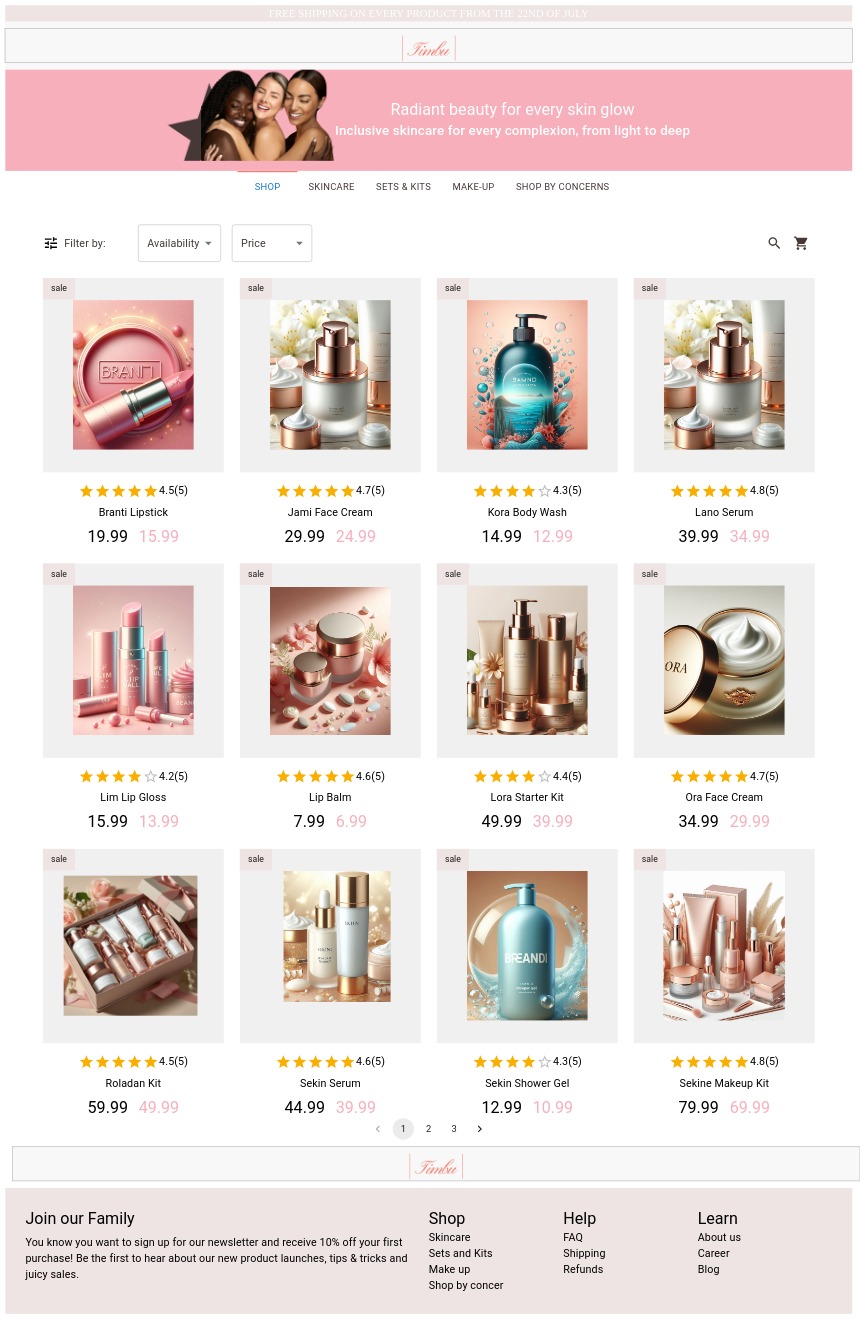
Repository: Armstrong2035/hng-project-two
Page: / (app in timbu-store/)
An editor plug-in stored every save of this project. The page is shown before and after the next save, followed by the edit.
The browser window is 1280 px wide. The page is 1284 px wide, so the pictures cover 1284 px, including what lies to the right of the window. The pictures show the whole page, at 67% of full size.
The project was rebuilt for these pictures with package versions that can differ from the ones it lists, and the page was loaded fresh each time. The framework's server and built-in components were replaced by stand-ins that run in the browser. Also part of the build but not shown: timbu-store/next.config.mjs, timbu-store/src/app/fonts.css, timbu-store/components/Products/FiltersMobile.js.

Above is the page before, as saved 2024-07-10 01:01:02.

### timbu-store/src/app/layout.js
"use client";

import "./fonts.css";
import { Html, Main, NextScript } from "next/document";
import Head from "next/head";

const metadata = {
  title: "Timbu Store",
  description: "We sell beauty",
};

export default function RootLayout({ children }) {
  return (
    <>
      <html>
        <Head>
          <title>{metadata.title}</title>
          <meta name="description" content={metadata.description} />
        </Head>
        <body>{children}</body>
      </html>
    </>
  );
}

### timbu-store/src/app/page.js
"use client";

import ProductList from "../../components/Products/ProductList";
import { Container, Box, Grid } from "@mui/material";
import Header from "../../components/header/Header";
import Footer from "../../components/footer/Footer";
import Filters from "../../components/Products/Filters";

export default function Home() {
  return (
    <>
      <Grid>
        <Grid item sm={12}>
          <Header />
        </Grid>

        <Grid item>
          <Box sx={{ mt: 4 }}>
            <ProductList />
          </Box>
        </Grid>
        <Grid item>
          <Footer />
        </Grid>
      </Grid>
    </>
  );
}

### timbu-store/components/Products/ProductList.js
"use client";
import { inventory } from "@/products";
import {
  Box,
  Grid,
  Container,
  Stack,
  Card,
  CardContent,
  CardHeader,
  CardMedia,
  Typography,
  Rating,
  CardActionArea,
  Button,
  Chip,
  Pagination,
} from "@mui/material";
import Image from "next/image";
import useStore from "@/store/store";
import React from "react";
import Link from "next/link";
import Filters from "./Filters";
import { useTheme } from "@mui/material/styles";
import useMediaQuery from "@mui/material/useMediaQuery";
import FiltersMobile from "./FiltersMobile";

export default function ProductList() {
  const addToCart = useStore((state) => state.addToCart);
  const cart = useStore((state) => state.cart);

  const theme = useTheme();
  const isDesktop = useMediaQuery(theme.breakpoints.up("lg"));

  //   console.log(cart);
  return (
    <Container>
      <Stack alignItems={"center"}>
        {/* <FiltersMobile /> */}
        {/* {!isDesktop && <FiltersMobile />} */}
        <Grid container spacing={3} direction={"column"}>
          {isDesktop && (
            <Grid item lg={12}>
              <Filters />
            </Grid>
          )}

          <Grid item xs={12} sm={6} md={4} lg={3}>
            <Grid container spacing={3}>
              {inventory.map((product, index) => (
                <Grid item xs={12} sm={12} md={4} lg={3}>
                  <Stack direction={"column"} spacing={2}>
                    <Link
                      href={`/product/${encodeURIComponent(
                        product.productName
                      )}`}
                    >
                      <Box
                        sx={{
                          flex: 1,
                          display: "flex",
                          alignItems: "center",
                          justifyContent: "center",
                          backgroundColor: "#F1F0F0",
                          position: "relative",
                          "&:hover .add-to-cart": {
                            opacity: 1,
                          },

                          "&:hover": {
                            backgroundColor: "#E6DFDF",
                          },

                          // width: "260px",
                          height: "290px",
                        }}
                        elevation={"none"}
                      >
                        <Chip
                          label={"sale"}
                          sx={{
                            position: "absolute",
                            top: "0",
                            left: "0",
                            borderRadius: "0",
                            backgroundColor: "#EEE4E3",
                          }}
                        />

                        <div
                          style={{
                            width: "70%",
                            height: "70%",
                            position: "relative",
                            padding: "10px",
                          }}
                        >
                          <Image
                            src={product.imageUrl}
                            alt={product.productName}
                            layout="fill"
                            objectFit="contain"
                          />
                        </div>

                        <Box
                          className="add-to-cart"
                          sx={{
                            backgroundColor: "#ED8174",
                            color: "white",
                            position: "absolute",
                            bottom: 0,
                            width: "100%",
                            height: "50px",
                            display: "flex",
                            justifyContent: "center",
                            alignItems: "center",
                            opacity: 0,
                            transition: "opacity 0.3s",
                            cursor: "pointer",
                            "&:hover": {
                              backgroundColor: "#C9675B",
                            },
                          }}
                          onClick={(e) => {
                            e.stopPropagation(); // Prevent event from bubbling up to the Link
                            e.preventDefault(); // Prevent the default link behavior
                            addToCart(product);
                          }}
                        >
                          Add To Cart
                        </Box>
                      </Box>
                    </Link>

                    <Box>
                      <Stack spacing={1} alignItems={"center"}>
                        <Stack direction={"row"}>
                          <Rating
                            name="read-only"
                            value={product.rating}
                            readOnly
                          />
                          <Typography>{`${product.rating}(5)`}</Typography>
                        </Stack>
                        <Typography>{`${product.productName}`}</Typography>
                        <Stack spacing={2} direction={"row"}>
                          <Typography
                            variant={"h5"}
                          >{`${product.price}`}</Typography>

                          <Typography
                            variant={"h5"}
                            sx={{ color: "#F7AFBC" }}
                          >{`${product.discountPrice}`}</Typography>
                        </Stack>
                      </Stack>
                    </Box>
                  </Stack>
                </Grid>
              ))}
            </Grid>
          </Grid>
        </Grid>
        <Pagination count={3} />
      </Stack>
    </Container>
  );
}

### timbu-store/components/header/Header.js
"use client";
import { AppBar, Typography, Box, Stack } from "@mui/material";
import React from "react";
import Image from "next/image";
import Group1 from "../../public/utility-images/Group1.png";
import TimbuStore from "./TimbuStore";
import Promotion from "./Promotion";
import SimpleTabs from "./NavBar";
import Filters from "../Products/Filters";
import { useTheme } from "@mui/material/styles";
import useMediaQuery from "@mui/material/useMediaQuery";
import FiltersMobile from "../Products/FiltersMobile";

export default function Header() {
  const theme = useTheme();
  const isDesktop = useMediaQuery(theme.breakpoints.up("lg"));

  return (
    <>
      <Stack alignItems={"center"}>
        <AppBar
          elevation={"none"}
          sx={{
            backgroundColor: "#F8F8F8",
            position: "relative",
            width: "100%",
          }}
        >
          <Stack alignItems={"center"}>
            <Promotion />
            <TimbuStore />
            <Stack
              alignItems={"center"}
              textAlign={"center"}
              direction={isDesktop ? "row" : "column-reverse"}
              justifyContent={"center"}
              sx={{ backgroundColor: "#F7AFBC", width: "100%" }}
            >
              <Box sx={{ width: "250.08px", height: "150.77px" }}>
                <Image
                  src={Group1}
                  alt={"group of women"}
                  layout="responsive"
                  width={100}
                  height={100}
                  objectFit="contain"
                />
              </Box>
              <Box>
                <Typography variant={"h5"}>
                  Radiant beauty for every skin glow
                </Typography>
                <Typography variant={"h6"}>
                  Inclusive skincare for every complexion, from light to deep
                </Typography>
              </Box>
            </Stack>
          </Stack>
        </AppBar>

        {!isDesktop && (
          <Box sx={{ alignSelf: "flex-start" }}>
            <FiltersMobile />
          </Box>
        )}

        {isDesktop && <SimpleTabs />}
      </Stack>
    </>
  );
}

### timbu-store/components/footer/Footer.js
import React from "react";
import {
  Container,
  Grid,
  Typography,
  TextField,
  Button,
  AppBar,
  Toolbar,
  Box,
  Stack,
} from "@mui/material";
import TimbuStore from "../header/TimbuStore";
import { useTheme } from "@mui/material/styles";
import useMediaQuery from "@mui/material/useMediaQuery";

function Footer() {
  const theme = useTheme();
  const isDesktop = useMediaQuery(theme.breakpoints.up("lg"));
  return (
    <>
      <TimbuStore />
      <Box
        sx={{
          inTop: "2rem",
          backgroundColor: "#EEE4E3",
          padding: "30px",
        }}
      >
        <Grid container>
          <Grid item sm={12} lg={6}>
            <Stack>
              <Typography variant="h5" gutterBottom>
                Join our Family
              </Typography>
              <Typography variant="body1" paragraph>
                You know you want to sign up for our newsletter and receive 10%
                off your first purchase! Be the first to hear about our new
                product launches, tips & tricks and juicy sales.
              </Typography>
            </Stack>
          </Grid>

          <Grid item sm={12} lg={6}>
            <Grid container direction={isDesktop ? "row" : "column"}>
              <Grid item sm={12} lg={4}>
                <Stack>
                  <Typography variant={"h5"}>Shop</Typography>
                  <Typography>Skincare</Typography>
                  <Typography>Sets and Kits</Typography>
                  <Typography>Make up</Typography>
                  <Typography>Shop by concer</Typography>
                </Stack>
              </Grid>
              <Grid item sm={12} lg={4}>
                <Stack>
                  <Typography variant={"h5"}>Help</Typography>
                  <Typography>FAQ</Typography>
                  <Typography>Shipping</Typography>
                  <Typography>Refunds</Typography>
                </Stack>
              </Grid>
              <Grid item sm={12} lg={4}>
                <Stack>
                  <Typography variant={"h5"}>Learn</Typography>
                  <Typography>About us</Typography>
                  <Typography>Career</Typography>
                  <Typography>Blog</Typography>
                </Stack>
              </Grid>
            </Grid>
          </Grid>
        </Grid>
      </Box>
    </>
  );
}

export default Footer;

### timbu-store/components/Products/Filters.js
import React from "react";
import Link from "next/link";
import {
  Box,
  Select,
  MenuItem,
  IconButton,
  Typography,
  Stack,
  Icon,
} from "@mui/material";
import TuneIcon from "@mui/icons-material/Tune";
import SearchIcon from "@mui/icons-material/Search";
import ShoppingCartIcon from "@mui/icons-material/ShoppingCart";

export default function Filters() {
  const [availability, setAvailability] = React.useState("");
  const [price, setPrice] = React.useState("");

  const handleAvailabilityChange = (event) => {
    setAvailability(event.target.value);
  };

  const handlePriceChange = (event) => {
    setPrice(event.target.value);
  };

  return (
    <Box
      sx={{
        display: "flex",
        justifyContent: "space-between",
        alignItems: "center",

        width: "100%",
      }}
    >
      <Stack direction={"row"} alignItems={"center"} spacing={6}>
        <Stack direction={"row"} spacing={1}>
          <Icon>
            <TuneIcon />
          </Icon>

          <Typography variant="body1" sx={{ color: "#473838" }}>
            Filter by:
          </Typography>
        </Stack>

        <Box sx={{ display: "flex", gap: 2 }}>
          <Select
            value={availability}
            onChange={handleAvailabilityChange}
            displayEmpty
            sx={{ minWidth: 120, color: "#473838" }}
          >
            <MenuItem value="" disabled>
              Availability
            </MenuItem>
            <MenuItem value="inStock">In Stock</MenuItem>
            <MenuItem value="outOfStock">Out of Stock</MenuItem>
          </Select>
          <Select
            value={price}
            onChange={handlePriceChange}
            displayEmpty
            sx={{ minWidth: 120, color: "#473838" }}
          >
            <MenuItem value="" disabled>
              Price
            </MenuItem>
            <MenuItem value="lowToHigh">Low to High</MenuItem>
            <MenuItem value="highToLow">High to Low</MenuItem>
          </Select>
        </Box>
      </Stack>
      <Box>
        <IconButton>
          <SearchIcon sx={{ color: "#473838" }} />
        </IconButton>
        <Link href={"/cart"}>
          <IconButton>
            <ShoppingCartIcon sx={{ color: "#473838" }} />
          </IconButton>
        </Link>
      </Box>
    </Box>
  );
}

### timbu-store/src/store/store.js
import { create } from "zustand";
import { persist } from "zustand/middleware";

const useStore = create(
  (set) => ({
    cart: [],
    addToCart: (item) => set((state) => ({ cart: [...state.cart, item] })),
  }),
  {
    name: "cart-storage",
  }
);

export default useStore;

### timbu-store/components/header/TimbuStore.js
"use client";

import Image from "next/image";
import Timbu from "../../public/utility-images/Timbu.png";
import Link from "next/link";

export default function TimbuStore() {
  return (
    <div
      style={{
        width: "100%",
        backgroundColor: "#F8F8F8",
        display: "flex",
        justifyContent: "center",
        alignItems: "center",
        padding: "10px 0",
        border: "1px solid #BCBABA",
        margin: "10px",
      }}
    >
      <Link href={"/"}>
        <div style={{ width: "80px", height: "30px" }}>
          <Image
            src={Timbu}
            alt={"timbu store logo"}
            layout="responsive"
            width={50}
            height={50}
            objectFit="contain"
          />
        </div>
      </Link>
    </div>
  );
}

### timbu-store/components/header/Promotion.js
"use client";

import { Typography, Box } from "@mui/material";
import React from "react";

export default function Promotion() {
  return (
    <>
      <Box
        sx={{
          display: "flex",
          alignItems: "center",
          justifyContent: "center",
          width: "100%",
          backgroundColor: "#EEE4E3",
          padding: "15px, 0",
        }}
      >
        <Typography sx={{ fontFamily: "kanit-regular" }}>
          FREE SHIPPING ON EVERY PRODUCT FROM THE 22ND OF JULY
        </Typography>
      </Box>
    </>
  );
}

### timbu-store/components/header/NavBar.js
import React, { useState } from "react";
import { Tabs, Tab, Typography, Box } from "@mui/material";

function TabPanel(props) {
  const { children, value, index, ...other } = props;

  return (
    <div
      role="tabpanel"
      hidden={value !== index}
      id={`simple-tabpanel-${index}`}
      aria-labelledby={`simple-tab-${index}`}
      {...other}
    >
      {value === index && <Typography>{children}</Typography>}
    </div>
  );
}

export default function SimpleTabs() {
  const [value, setValue] = useState(0);

  const handleChange = (event, newValue) => {
    setValue(newValue);
  };

  return (
    <Box>
      <Tabs
        value={value}
        onChange={handleChange}
        TabIndicatorProps={{
          style: {
            top: 0,
            bottom: "auto",
            backgroundColor: "#ED8174",
          },
        }}
        sx={{
          "& .MuiTab-root": {
            fontWeight: "normal",
          },
          "& .Mui-selected": {
            color: "#473838",
            fontWeight: "normal",
          },
        }}
      >
        <Tab
          label="Shop"
          sx={{
            color: " #473838",
            fontWeight: "normal",
          }}
        />
        <Tab
          label="Skincare"
          sx={{
            color: " #473838",
            fontWeight: "normal",
          }}
        />
        <Tab
          label="Sets & Kits"
          sx={{
            color: " #473838",
            fontWeight: "normal",
          }}
        />
        <Tab
          label="Make-up"
          sx={{
            color: " #473838",
            fontWeight: "normal",
          }}
        />
        <Tab
          label="Shop by Concerns"
          sx={{
            color: " #473838",
            fontWeight: "normal",
          }}
        />
      </Tabs>
    </Box>
  );
}

Loaded but not shown: timbu-store/src/products.js (254 lines, source omitted)

After the next save:
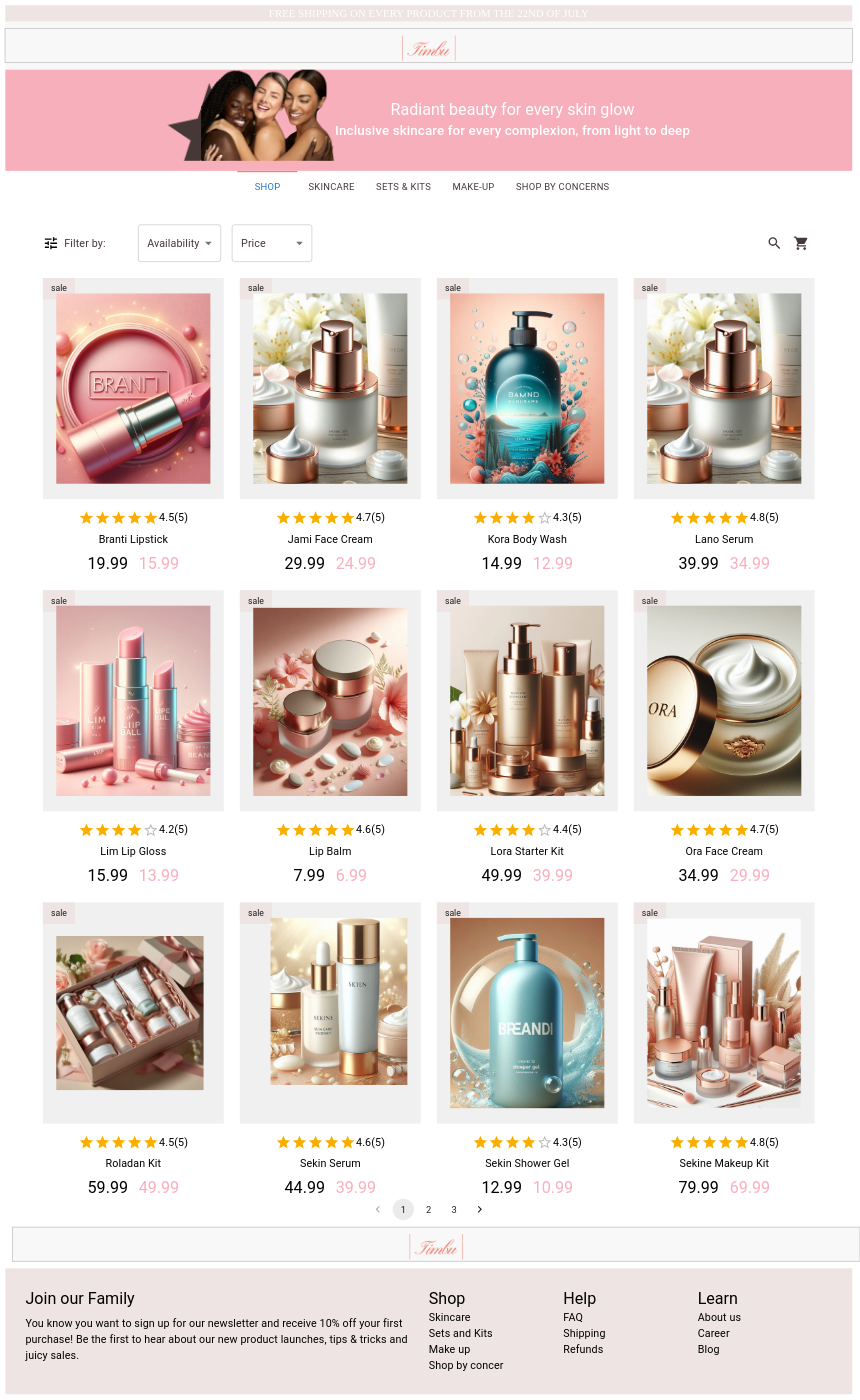
Saved 62 s later.
--- a/timbu-store/components/Products/ProductList.js
+++ b/timbu-store/components/Products/ProductList.js
@@ -73,6 +73,7 @@ export default function ProductList() {
 
                           // width: "260px",
                           height: "290px",
+                          padding: "20px 20px",
                         }}
                         elevation={"none"}
                       >
@@ -89,8 +90,8 @@ export default function ProductList() {
 
                         <div
                           style={{
-                            width: "70%",
-                            height: "70%",
+                            width: "100%",
+                            height: "100%",
                             position: "relative",
                             padding: "10px",
                           }}
